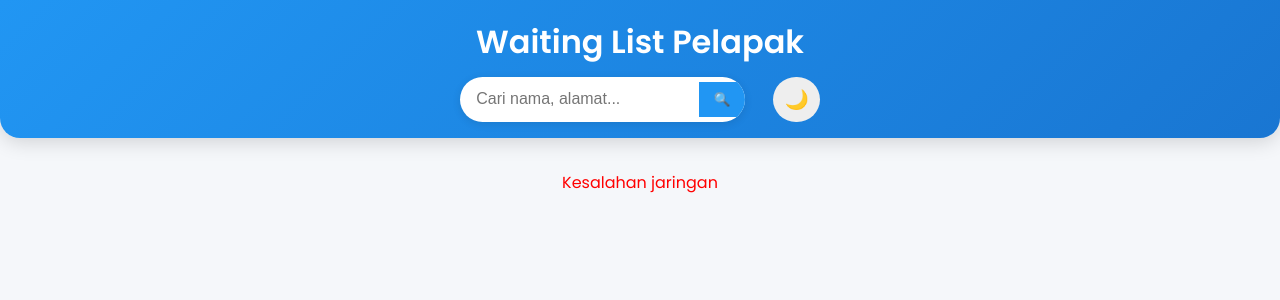
Repository: pasarrakyatbak/WaitingListforPanitia
Page: index.html
An editor plug-in stored every save of this project. The page is shown before and after the next save, followed by the edit.
The browser window is 1280 px wide. The pictures show the whole page.
The page's requests for data from a server got no answer.

Above is the page before, as saved 2025-09-25 16:44:02.

After the next save:
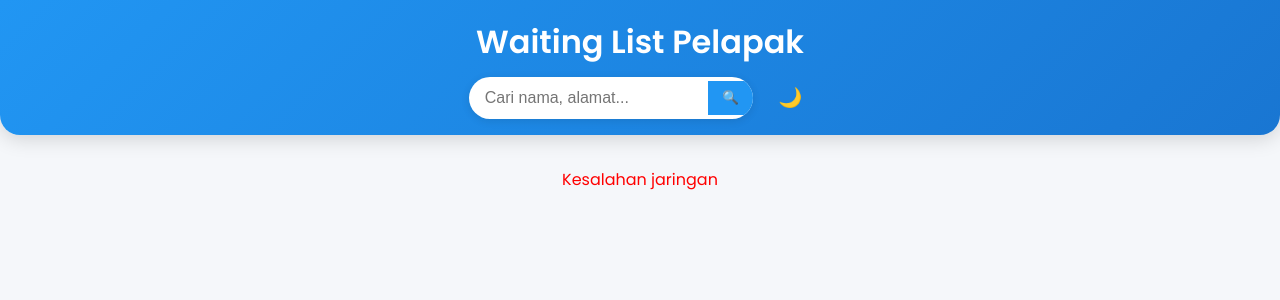
Saved 26 s later.
--- a/style.css
+++ b/style.css
@@ -232,44 +232,45 @@ body.dark .search-container input {
 
 /* Toggle Dark Mode Button */
 .toggle-dark {
-    margin-left: 0.8rem;
-    background: #eee;
+    background: transparent;
     border: none;
+    cursor: pointer;
+    font-size: 1.4rem;
+    display: flex;
+    align-items: center;
+    justify-content: center;
+    width: 42px;
+    height: 42px;
     border-radius: 50%;
-    padding: 0.6rem;
-    cursor: pointer;
-    font-size: 1rem;
-    transition: background 0.3s, transform 0.2s;
+    transition: background 0.3s;
 }
 
 .toggle-dark:hover {
-    background: #ddd;
-    transform: scale(1.05);
+    background: rgba(0, 0, 0, 0.05);
 }
 
 .toggle-dark .icon {
     display: none;
 }
 
-body:not(.dark) .toggle-dark .sun {
+.toggle-dark .sun {
+    color: #ff9800;
+}
+
+.toggle-dark .moon {
+    color: #1976d2;
+}
+
+.toggle-dark.active .sun {
+    display: inline;
+}
+
+.toggle-dark.active .moon {
     display: none;
 }
 
-body:not(.dark) .toggle-dark .moon {
+.toggle-dark:not(.active) .moon {
     display: inline;
-}
-
-body.dark .toggle-dark {
-    background: #2c2c2c;
-    color: #fff;
-}
-
-body.dark .toggle-dark .sun {
-    display: inline;
-}
-
-body.dark .toggle-dark .moon {
-    display: none;
 }
 
 
